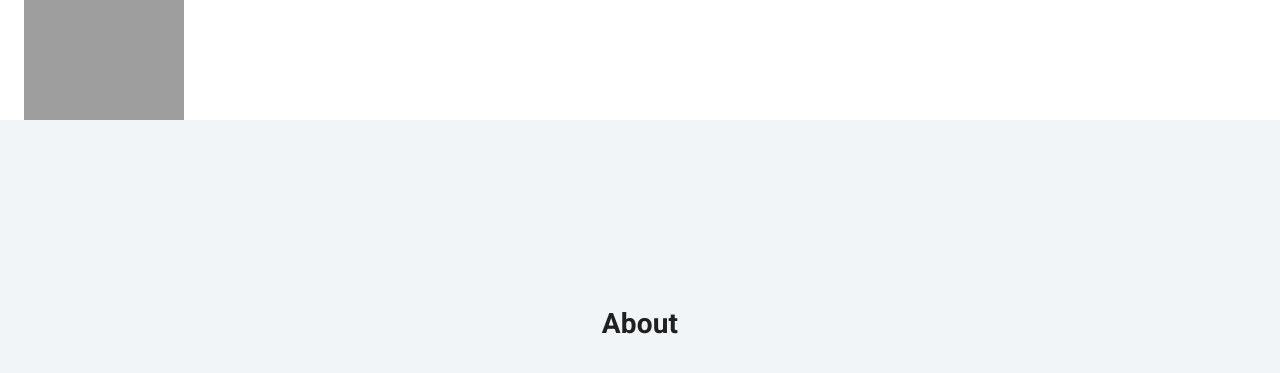
Repository: vinuvish/groundstandards_react
Page: /
The author's editor kept a copy of each file at every save. The page is drawn from the files as they stood at one save, then again after the next save.
The browser window is 1280 px wide. The pictures show the whole page.
Pictures or frames that could not be fetched are drawn as grey boxes. The page's requests for data from a server got no answer. The project was rebuilt for these pictures with package versions that can differ from the ones it lists, and the page was loaded fresh each time. No one was signed in, and anything a server would have sent is missing. Also part of the build but not shown: src/pages/app/NotFoundPage.tsx, src/pages/app/SignUpPage.tsx, src/pages/app/AboutPage.tsx, src/pages/app/OurSolutionPage.tsx, src/pages/app/OurPartnerPage.tsx, src/pages/app/ResourcePage.tsx, src/pages/app/PressPage.tsx, src/pages/app/BlockPage.tsx and 1 more.

Above is the page before, as saved 2020-11-25 22:28:29.

### public/index.html
<!DOCTYPE html>
<html lang="en">
  <head>
    <meta charset="utf-8" />
    <link rel="icon" href="%PUBLIC_URL%/favicon.png" />
    <meta name="viewport" content="width=device-width, initial-scale=1" />
    <meta name="theme-color" content="#000000" />
    <meta name="description" content="Web site created using create-react-app" />
    <link rel="apple-touch-icon" href="%PUBLIC_URL%/logo192.png" />
    <link rel="stylesheet" href="https://fonts.googleapis.com/css?family=Roboto:300,400,500,700&display=swap" />
    <link rel="stylesheet" href="https://fonts.googleapis.com/icon?family=Material+Icons" />
    <!--
      manifest.json provides metadata used when your web app is installed on a
      user's mobile device or desktop. See https://developers.google.com/web/fundamentals/web-app-manifest/
    -->
    <link rel="manifest" href="%PUBLIC_URL%/manifest.json" />
    <!--
      Notice the use of %PUBLIC_URL% in the tags above.
      It will be replaced with the URL of the `public` folder during the build.
      Only files inside the `public` folder can be referenced from the HTML.

      Unlike "/favicon.ico" or "favicon.ico", "%PUBLIC_URL%/favicon.ico" will
      work correctly both with client-side routing and a non-root public URL.
      Learn how to configure a non-root public URL by running `npm run build`.
    -->
    <title>Ground Standard</title>
  </head>
  <body>
    <noscript>You need to enable JavaScript to run this app.</noscript>
    <div id="root"></div>
    <!--
      This HTML file is a template.
      If you open it directly in the browser, you will see an empty page.

      You can add webfonts, meta tags, or analytics to this file.
      The build step will place the bundled scripts into the <body> tag.

      To begin the development, run `npm start` or `yarn start`.
      To create a production bundle, use `npm run build` or `yarn build`.
    -->
  </body>
</html>

### src/App.tsx
import { CssBaseline, MuiThemeProvider, StylesProvider } from '@material-ui/core';
import { SnackbarProvider } from 'notistack';
import React from 'react';
import { theme } from './app_utils/MuiTheme';
import AppRouterRoutes from './AppRoutes';
import { useAppStore } from './models_stores/appStore';

function App() {
  const streamAuthUser = useAppStore((state) => state.streamAuthUser);
  const streamProducts = useAppStore((state) => state.streamDocuments);
  const streamCategories = useAppStore((state) => state.streamNotifications);
  const streamUsers = useAppStore((state) => state.streamUsers);

  React.useEffect(() => {
    streamAuthUser();
    streamCategories();
    streamUsers();
    streamProducts();
  }, []); // eslint-disable-line

  return (
    <SnackbarProvider maxSnack={3} anchorOrigin={{ vertical: 'bottom', horizontal: 'right' }}>
      <MuiThemeProvider theme={theme}>
        <CssBaseline />
        <StylesProvider injectFirst>
          <AppRouterRoutes></AppRouterRoutes>
        </StylesProvider>
      </MuiThemeProvider>
    </SnackbarProvider>
  );
}

export default App;

### src/app_utils/MuiTheme.tsx
import { createMuiTheme } from '@material-ui/core/styles';
import { BreakpointOverrides } from '@material-ui/core/styles/createBreakpoints';
import { Shadows } from '@material-ui/core/styles/shadows';

declare module '@material-ui/core/styles/createBreakpoints' {
  interface BreakpointOverrides {
    xs: true;
    sm: true;
    md: true;
    lg: true;
    xl: true;
    tablet: true;
    laptop: true;
    desktop: true;
  }
}

export const theme = createMuiTheme({
  breakpoints: {
    values: { xs: 0, sm: 600, md: 960, lg: 1280, xl: 1920, tablet: 400, laptop: 900, desktop: 1200 }
  },

  shadows: Array(25).fill('none') as Shadows,

  props: {
    MuiInput: { disableUnderline: true },
    MuiButton: { disableElevation: true },
    MuiButtonBase: { disableRipple: true },
    MuiPaper: { elevation: 0 },
    MuiCard: { elevation: 0 },
    MuiDivider: { color: 'white' },
    MuiOutlinedInput: {}
  },
  overrides: {
    MuiPaper: {
      root: {
        elevation: 0
      }
    },
    MuiCard: {
      root: {
        elevation: 0
      }
    },
    MuiButton: {
      root: {
        textTransform: 'capitalize'
      }
    }
  },
  palette: {
    background: {
      default: '#F2F5F7'
    }
  }
});

export const breakpoint = {
  xs: `(min-width: 0px)`,
  sm: `(min-width: 576px)`,
  md: `(min-width: 768px)`,
  lg: `(min-width: 992px)`,
  xl: `(min-width: 1200px)`
};

### src/AppRoutes.tsx
import { Container, createStyles, Grid, makeStyles, Theme } from '@material-ui/core';
import React from 'react';
import { Route, Router, Switch } from 'react-router-dom';
import ZAppBar from './components/ZAppBar';
import ZAppBarDrawer from './components/ZAppBarDrawer';
import NotFoundPage from './pages/app/NotFoundPage';
import SignUpPage from './pages/app/SignUpPage';
import history from './app_utils/History';
import AboutPage from './pages/app/AboutPage';
import OurSolutionPage from './pages/app/OurSolutionPage';
import OurPartnerPage from './pages/app/OurPartnerPage';
import ResourcePage from './pages/app/ResourcePage';
import PressPage from './pages/app/PressPage';
import BlockPage from './pages/app/BlockPage';
import ContactPage from './pages/app/ContactPage';
import AppHomePage from './pages/app/AppHomePage';

const AppRouterRoutes = () => {
  const classes = useStyles();

  return (
    <Router history={history}>

      <ZAppBar />
      <Switch>{[AppRoutes]}</Switch>
    </Router>


  );
};


const AppRoutes = [
  <Route exact path='/' component={AppHomePage} />,
  <Route exact path='/aboutUs' component={AboutPage} />,
  <Route exact path='/signUp' component={SignUpPage} />,
  <Route exact path='/ourSolution' component={OurSolutionPage} />,
  <Route exact path='/ourPartner' component={OurPartnerPage} />,
  <Route exact path='/resource' component={ResourcePage} />,
  <Route exact path='/press' component={PressPage} />,
  <Route exact path='/blog' component={BlockPage} />,
  <Route exact path='/contact' component={ContactPage} />,
  <Route component={NotFoundPage} />
];

const useStyles = makeStyles((theme: Theme) =>
  createStyles({
    grid: {
      display: 'flex'
    },
    containerAuthenticated: {
      margin: 'auto',
      marginTop: 68,
      padding: 20,
      width: `calc(100% - 240px)`,
      [theme.breakpoints.down('md')]: {
        width: '100%'
      }
    },
    containerUnauthenticated: {}
  })
);

export default AppRouterRoutes;

### src/models_stores/appStore.ts
import { mountStoreDevtool } from 'simple-zustand-devtools';
import create from 'zustand';
import { fireAuth, fireFirestore } from '../firebase/firebase';
import { AuthUser } from '../models/AuthUserModel';
import { DocumentModel } from '../models/DocumentModel';
import { NotificationModel } from '../models/NotificationModel';

type State = {
  documents: DocumentModel[];
  streamDocuments: () => void;

  notifications: NotificationModel[];
  streamNotifications: () => void;

  users: AuthUser[];
  streamUsers: () => void;

  isInitializing?: boolean;
  authUser: AuthUser | null;
  streamAuthUser: () => void;
};

export const useAppStore = create<State>((set, get) => ({
  /* ------------------------------ NOTE AUTHUSER ----------------------------- */
  isInitializing: true,
  authUser: null,

  streamAuthUser: () => {
    fireAuth.onAuthStateChanged(async (user) => {
      if (user) {
        const query = await fireFirestore.collection('users').doc(user.uid).get();

        const authUser = AuthUser.fromFirestore(query);

        set((state) => {
          return { ...state, authUser: authUser, isInitializing: false };
        });
      } else {
        set((state) => {
          return { ...state, authUser: null, isInitializing: false };
        });
      }
    });
  },

  /* ------------------------------ NOTE Users ----------------------------- */
  users: [],

  streamUsers: () => {
    if (get().users.length === 0)
      fireFirestore.collection('users').onSnapshot((querySnapshot: firebase.firestore.QuerySnapshot<firebase.firestore.DocumentData>) => {
        let users: AuthUser[] = [];
        querySnapshot.docs.forEach((docSnapshot) => {
          const res = AuthUser.fromFirestore(docSnapshot);
          if (res) users.push(res);
        });

        set((state) => {
          return { ...state, users: users };
        });
      });
  },
  /* ------------------------------ NOTE PRODUCTS ----------------------------- */
  documents: [],

  streamDocuments: () => {
    if (get().documents.length === 0)
      fireFirestore
        .collection('documents')
        .limit(200)
        .onSnapshot((querySnapshot: firebase.firestore.QuerySnapshot<firebase.firestore.DocumentData>) => {
          let documents: DocumentModel[] = [];

          querySnapshot.docs.forEach((docSnapshot) => {
            const res = DocumentModel.fromFirestore(docSnapshot);
            if (res) documents.push(res);
          });

          set((state) => {
            return { ...state, documents: documents };
          });
        });
  },

  notifications: [],
  streamNotifications: () => {
    if (get().notifications.length === 0)
      fireFirestore.collection('notifications').onSnapshot((querySnapshot: firebase.firestore.QuerySnapshot<firebase.firestore.DocumentData>) => {
        let notifications: NotificationModel[] = [];

        querySnapshot.docs.forEach((docSnapshot) => {
          const res = NotificationModel.fromFirestore(docSnapshot);
          if (res) notifications.push(res);
        });

        set((state) => {
          return { ...state, notifications: notifications };
        });
      });
  }
}));

if (process.env.NODE_ENV === 'development') {
  mountStoreDevtool('Store', useAppStore);
}

### src/components/ZAppBar.tsx
import AppBar from '@material-ui/core/AppBar';
import Badge from '@material-ui/core/Badge';
import IconButton from '@material-ui/core/IconButton';
import Menu from '@material-ui/core/Menu';
import MenuItem from '@material-ui/core/MenuItem';
import { createStyles, makeStyles, Theme } from '@material-ui/core/styles';
import Toolbar from '@material-ui/core/Toolbar';
import Typography from '@material-ui/core/Typography';
import AccountCircle from '@material-ui/icons/AccountCircle';
import MailIcon from '@material-ui/icons/Mail';
import MenuIcon from '@material-ui/icons/Menu';
import MoreIcon from '@material-ui/icons/MoreVert';
import NotificationsIcon from '@material-ui/icons/Notifications';
import React from 'react';
import { fireFirebase } from '../firebase/firebase';
import ZAppBarDrawerTemp from './ZAppBarDrawerTemp';
import history from '../app_utils/History';

export default function ZAppBar() {
  const classes = useStyles();
  const [drawerTemporary, setDrawerTemporary] = React.useState(false);
  const [anchorEl, setAnchorEl] = React.useState<null | HTMLElement>(null);
  const [mobileMoreAnchorEl, setMobileMoreAnchorEl] = React.useState<null | HTMLElement>(null);

  const isMenuOpen = Boolean(anchorEl);
  const isMobileMenuOpen = Boolean(mobileMoreAnchorEl);

  const handleTemporaryDrawer = () => {
    setDrawerTemporary((prev) => !prev);
  };

  const handleProfileMenuOpen = (event: React.MouseEvent<HTMLElement>) => {
    setAnchorEl(event.currentTarget);
  };

  const handleMobileMenuClose = () => {
    setMobileMoreAnchorEl(null);
  };

  const handleMenuClose = () => {
    setAnchorEl(null);
    handleMobileMenuClose();
  };

  const handleMobileMenuOpen = (event: React.MouseEvent<HTMLElement>) => {
    setMobileMoreAnchorEl(event.currentTarget);
  };

  const signOut = async () => {
    await fireFirebase.auth().signOut();
    history.push('/signIn');
  };

  const menuId = 'primary-search-account-menu';
  const renderMenu = (
    <Menu
      anchorEl={anchorEl}
      anchorOrigin={{ vertical: 'top', horizontal: 'right' }}
      id={menuId}
      keepMounted
      transformOrigin={{ vertical: 'top', horizontal: 'right' }}
      open={isMenuOpen}
      onClose={handleMenuClose}
    >
      <MenuItem
        onClick={() => {
          handleMenuClose();
          signOut();
        }}
      >
        Sign Out
      </MenuItem>
    </Menu>
  );

  const mobileMenuId = 'primary-search-account-menu-mobile';
  const renderMobileMenu = (
    <Menu
      anchorEl={mobileMoreAnchorEl}
      anchorOrigin={{ vertical: 'top', horizontal: 'right' }}
      id={mobileMenuId}
      keepMounted
      transformOrigin={{ vertical: 'top', horizontal: 'right' }}
      open={isMobileMenuOpen}
      onClose={handleMobileMenuClose}
    >
      <MenuItem>
        <IconButton aria-label='show 4 new mails' color='inherit'>
          <Badge badgeContent={4} color='secondary'>
            <MailIcon />
          </Badge>
        </IconButton>
        <p>Messages</p>
      </MenuItem>
      <MenuItem>
        <IconButton aria-label='show 11 new notifications' color='inherit'>
          <Badge badgeContent={11} color='secondary'>
            <NotificationsIcon />
          </Badge>
        </IconButton>
        <p>Notifications</p>
      </MenuItem>
      <MenuItem onClick={handleProfileMenuOpen}>
        <IconButton aria-label='account of current user' aria-controls='primary-search-account-menu' aria-haspopup='true' color='inherit'>
          <AccountCircle />
        </IconButton>
        <p>Profile</p>
      </MenuItem>
    </Menu>
  );

  return (
    <div className={classes.grow}>
      <AppBar className={classes.appBar} position='fixed' elevation={2} color="inherit">
        <Toolbar>
          <img src="../logo.png" alt="logo" className={classes.logo} />
        </Toolbar>
      </AppBar>

    </div>
  );
}

const useStyles = makeStyles((theme: Theme) =>
  createStyles({
    appBar: {
      zIndex: theme.zIndex.drawer + 1
    },
    grow: {
      flexGrow: 1
    },
    menuButton: {
      display: 'none',
      marginRight: theme.spacing(2),
      [theme.breakpoints.down('md')]: {
        display: 'flex'
      }
    },
    title: {
      display: 'block'
    },

    content: {
      flexGrow: 1,
      padding: theme.spacing(3)
    },
    sectionDesktop: {
      display: 'flex',
      [theme.breakpoints.down('md')]: {
        display: 'none'
      }
    },
    sectionMobile: {
      display: 'none',
      [theme.breakpoints.down('md')]: {
        display: 'flex'
      }
    },
    logo: {
      maxWidth: 160,
    },
  })
);

### src/app_utils/History.tsx
import { createBrowserHistory } from 'history';
export default createBrowserHistory({});

### src/pages/app/AppHomePage.tsx

import * as React from 'react';
import { makeStyles, Theme } from '@material-ui/core/styles';

interface Props { }

const AppHomePage: React.FC<Props> = () => {
    const classes = useStyles();
    return <div
        style={{
            display: 'flex',
            justifyContent: 'center',
            alignItems: 'center',
            height: '90vh'
        }}
    >
        <h1>About</h1>
    </div>
};

const useStyles = makeStyles((theme: Theme) => ({
    root: {}
}));

AppHomePage.defaultProps = {};

export default AppHomePage;

### src/firebase/firebase.tsx
import firebase from 'firebase/app';
import 'firebase/firestore';
import 'firebase/auth';
import 'firebase/storage';

const firebaseConfig = {
  apiKey: 'AIzaSyBWf1JYtcld5rEhou2YyANxAtl20AylP80',
  authDomain: 'groundstandards-8a1dd.firebaseapp.com',
  databaseURL: 'https://groundstandards-8a1dd.firebaseio.com',
  projectId: 'groundstandards-8a1dd',
  storageBucket: 'groundstandards-8a1dd.appspot.com',
  messagingSenderId: '137110708999',
  appId: '1:137110708999:web:ab0b42be7878425a805ba2',
  measurementId: 'G-V8H0LZB9DH'
};

if (!firebase.apps.length) firebase.initializeApp(firebaseConfig);

const firestore = firebase.firestore();
const auth = firebase.auth();

export { firebase as fireFirebase, firestore as fireFirestore, auth as fireAuth };

### src/models/AuthUserModel.ts
export class AuthUser implements IAuthUser {
  email: string;
  firstName: string;
  id: string;
  lastName: string;
  isActive: boolean;
  isAdmin: boolean;
  timestampAdded: Date;
  timestampLastLogin: Date;

  constructor(x: IAuthUser) {
    this.email = x.email;
    this.firstName = x.firstName;
    this.id = x.id;
    this.lastName = x.lastName;
    this.isActive = x.isActive;
    this.isAdmin = x.isAdmin;
    this.timestampAdded = x.timestampAdded;
    this.timestampLastLogin = x.timestampLastLogin;
  }

  static fromFirestore(doc: firebase.firestore.DocumentSnapshot<firebase.firestore.DocumentData>): AuthUser | null {
    const data = doc.data();
    if (!data) return null;

    return new AuthUser({
      email: data['email'] ?? '',
      firstName: data['firstName'] ?? '',
      id: doc.id,
      lastName: data['lastName'] ?? '',
      isActive: data['isActive'] ?? true,
      isAdmin: data['isAdmin'] ?? false,
      timestampAdded: data['timestampAdded']?.toDate() ?? new Date(),
      timestampLastLogin: data['timestampLastLogin']?.toDate() ?? new Date()
    });
  }

  getFullName(): string {
    return `${this.firstName} ${this.lastName}`;
  }
}

interface IAuthUser {
  email: string;
  firstName: string;
  id: string;
  lastName: string;
  isActive: boolean;
  isAdmin: boolean;
  timestampAdded: Date;
  timestampLastLogin: Date;
}
export interface IAuthUserRegister {
  email: string;
  firstName: string;
  lastName: string;
  password: string;
  isAdmin: boolean;
}

export interface IAuthUserUpdate {
  id: string;
  firstName: string;
  lastName: string;
  isActive: boolean;
  isAdmin: boolean;
}

### src/models/DocumentModel.ts
export class DocumentModel implements IEventModel {
  driversLicenseFront: DocumentItem | null;
  driversLicenseBack: DocumentItem | null;
  driversInsuranceCardFront: DocumentItem | null;
  driversInsuranceCardBack: DocumentItem | null;
  driversVehicleRegistrationFront: DocumentItem | null;
  driversVehicleRegistrationBack: DocumentItem | null;
  driversTaxiLimousineIdFront: DocumentItem | null;
  driversTaxiLimousineIdBack: DocumentItem | null;
  driversPicture: DocumentItem | null;
  id: string;
  uid: string;
  email: string;
  firstName: string;
  lastName: string;
  timestampCreated: Date;
  state: string;
  note: string;

  constructor(x: IEventModel) {
    {
      this.driversInsuranceCardBack = x.driversInsuranceCardBack;
      this.driversInsuranceCardFront = x.driversInsuranceCardFront;
      this.driversLicenseBack = x.driversLicenseBack;
      this.driversLicenseFront = x.driversLicenseFront;
      this.driversPicture = x.driversPicture;
      this.driversTaxiLimousineIdBack = x.driversTaxiLimousineIdBack;
      this.driversTaxiLimousineIdFront = x.driversTaxiLimousineIdFront;
      this.driversVehicleRegistrationBack = x.driversVehicleRegistrationBack;
      this.driversVehicleRegistrationFront = x.driversVehicleRegistrationFront;
      this.email = x.email;
      this.firstName = x.firstName;
      this.id = x.id;
      this.lastName = x.lastName;
      this.note = x.note;
      this.state = x.state;
      this.timestampCreated = x.timestampCreated;
      this.uid = x.uid;
    }
  }

  getFullName(): string {
    return `${this.firstName} ${this.lastName}`;
  }

  getTotalDocuments(): string {
    let totaldocuments = 0;
    if (this.driversInsuranceCardBack?.imageUrl) totaldocuments += 1;
    if (this.driversInsuranceCardFront?.imageUrl) totaldocuments += 1;
    if (this.driversLicenseBack?.imageUrl) totaldocuments += 1;
    if (this.driversLicenseFront?.imageUrl) totaldocuments += 1;
    if (this.driversTaxiLimousineIdBack?.imageUrl) totaldocuments += 1;
    if (this.driversTaxiLimousineIdFront?.imageUrl) totaldocuments += 1;
    if (this.driversVehicleRegistrationBack?.imageUrl) totaldocuments += 1;
    if (this.driversVehicleRegistrationFront?.imageUrl) totaldocuments += 1;
    if (this.driversPicture?.imageUrl) totaldocuments += 1;
    return `${totaldocuments}/9 documents`;
  }

  static fromFirestore(doc: firebase.firestore.DocumentSnapshot<firebase.firestore.DocumentData>): DocumentModel | null {
    const data = doc.data();
    if (!data) return null;
    return new DocumentModel({
      id: doc.id,
      driversInsuranceCardBack: DocumentItem.fromMap(data['driversInsuranceCardBack']),
      driversInsuranceCardFront: DocumentItem.fromMap(data['driversInsuranceCardFront']),
      driversLicenseBack: DocumentItem.fromMap(data['driversLicenseBack']),
      driversLicenseFront: DocumentItem.fromMap(data['driversLicenseFront']),
      driversPicture: DocumentItem.fromMap(data['driversPicture']),
      driversTaxiLimousineIdBack: DocumentItem.fromMap(data['driversTaxiLimousineIdBack']),
      driversTaxiLimousineIdFront: DocumentItem.fromMap(data['driversTaxiLimousineIdFront']),
      driversVehicleRegistrationBack: DocumentItem.fromMap(data['driversVehicleRegistrationBack']),
      driversVehicleRegistrationFront: DocumentItem.fromMap(data['driversVehicleRegistrationFront']),
      email: data['email'],
      firstName: data['firstName'],
      lastName: data['lastName'],
      note: data['note'],
      state: data['state'],
      timestampCreated: data['timestampCreated'].toDate() ?? new Date(),
      uid: data['uid']
    });
  }
}

interface IEventModel {
  driversLicenseFront: DocumentItem | null;
  driversLicenseBack: DocumentItem | null;
  driversInsuranceCardFront: DocumentItem | null;
  driversInsuranceCardBack: DocumentItem | null;
  driversVehicleRegistrationFront: DocumentItem | null;
  driversVehicleRegistrationBack: DocumentItem | null;
  driversTaxiLimousineIdFront: DocumentItem | null;
  driversTaxiLimousineIdBack: DocumentItem | null;
  driversPicture: DocumentItem | null;
  id: string;
  uid: string;
  email: string;
  firstName: string;
  lastName: string;
  timestampCreated: Date;
  state: string;
  note: string;
}

class DocumentItem implements IDocumentItem {
  isVerified: boolean;
  isRejected: boolean;
  imageUrl: string;
  timestampCreated: Date;

  constructor(x: IDocumentItem) {
    this.isRejected = x.isRejected;
    this.isVerified = x.isVerified;
    this.imageUrl = x.imageUrl;
    this.timestampCreated = x.timestampCreated;
  }

  toMap() {
    return {
      isVerified: this.isVerified,
      isRejected: this.isRejected,
      imageUrl: this.imageUrl,
      timestampCreated: this.timestampCreated
    };
  }

  static fromMap(map: any) {
    if (map == null) return null;

    return new DocumentItem({
      isVerified: map['isVerified'],
      isRejected: map['isRejected'],
      imageUrl: map['imageUrl'],
      timestampCreated: map['timestampCreated']?.toDate() ?? new Date()
    });
  }
}

interface IDocumentItem {
  isVerified: boolean;
  isRejected: boolean;
  imageUrl: string;
  timestampCreated: Date;
}

### src/models/NotificationModel.ts
export class NotificationModel implements IEventModel {
  body: string;
  title: string;
  linkUrl: string;
  id: string;
  timestampAdded: Date;

  constructor(x: IEventModel) {
    {
      this.id = x.id;
      this.linkUrl = x.linkUrl;
      this.body = x.body;
      this.timestampAdded = x.timestampAdded;
      this.title = x.title;
    }
  }

  static fromFirestore(doc: firebase.firestore.DocumentSnapshot<firebase.firestore.DocumentData>): NotificationModel | null {
    const data = doc.data();
    if (!data) return null;
    return new NotificationModel({
      body: data['body'] ?? '',
      id: doc.id,
      linkUrl: data['linkUrl'] ?? '',
      timestampAdded: data['timestampAdded']?.toDate() ?? Date.now(),
      title: data['title'] ?? ''
    });
  }
}

interface IEventModel {
  body: string;
  title: string;
  linkUrl: string;
  id: string;
  timestampAdded: Date;
}

Loaded but not shown: src/index.tsx (common file); src/styles/index.css (common file)

After the next save:
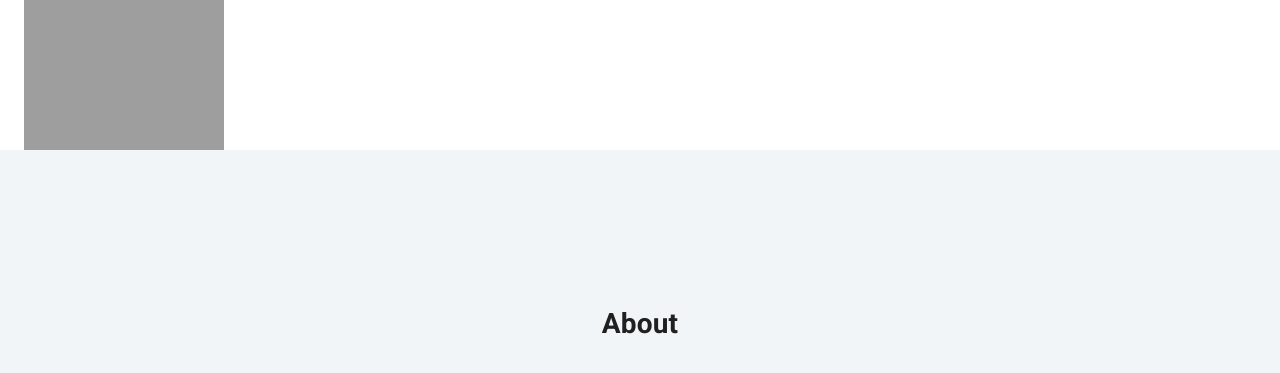
Saved 18 s later.
--- a/src/components/ZAppBar.tsx
+++ b/src/components/ZAppBar.tsx
@@ -157,7 +157,7 @@ const useStyles = makeStyles((theme: Theme) =>
       }
     },
     logo: {
-      maxWidth: 160,
+      maxWidth: 200,
     },
   })
 );
